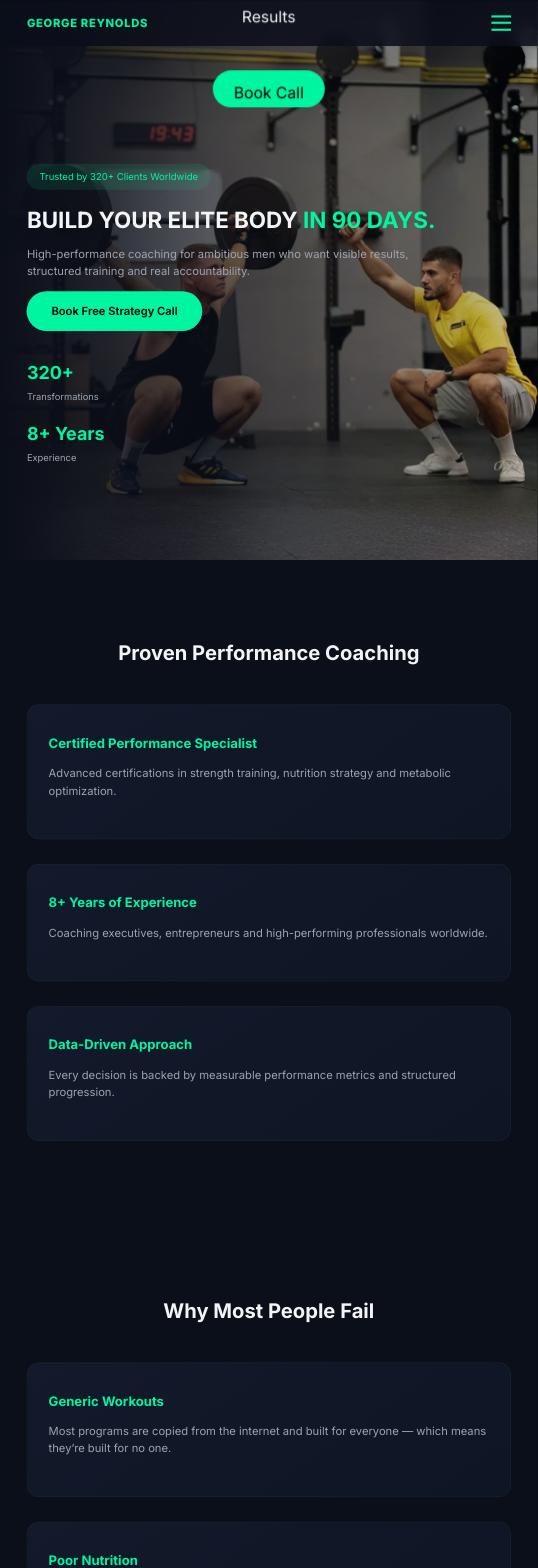
Repository: davidfsillva/Landing-page-pro
Page: index.html
An editor plug-in stored every save of this project. The page is shown before and after the next save, followed by the edit.
The browser window is 768 px wide. The pictures show the part of the page from y = 0 to 2240 px (the page is 10189 px tall), at 70% of full size.

Above is the page before, as saved 2026-02-26 19:20:00.

After the next save:
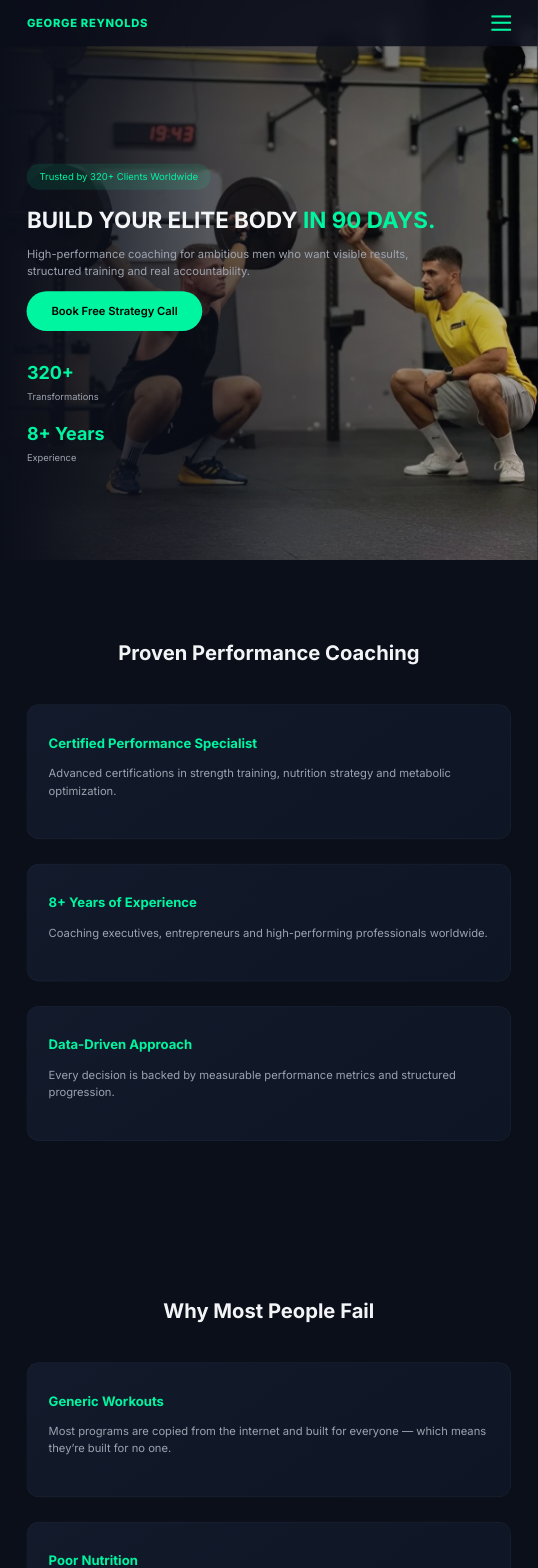
Saved 2 min 22 s later.
--- a/style.css
+++ b/style.css
@@ -476,28 +476,36 @@
         background: url('img/heromobile.webp') center center/cover no-repeat;
     }
 
-    .nav {
-        position: fixed;
-        inset: 0;
-        background: rgba(11,15,26,0.98);
-        backdrop-filter: blur(12px);
-
-        display: flex;
-        flex-direction: column;
-        justify-content: center;
-        align-items: center;
-
-        gap: 35px;
-
-        transform: translateY(-100%);
-        transition: 0.5s ease;
-
-        z-index: 999;
-    }
-
-    .nav.active {
-        transform: translateY(0);
-    }
+ @media (max-width: 768px) {
+
+  .nav {
+    position: fixed;
+    top: 0;
+    left: 0;
+    width: 100%;
+    height: 100vh;
+
+    background: rgba(11,15,26,0.98);
+    backdrop-filter: blur(12px);
+
+    display: flex;
+    flex-direction: column;
+    justify-content: center;
+    align-items: center;
+
+    gap: 40px;
+
+    transform: translateY(-100%);
+    transition: transform 0.5s ease;
+
+    z-index: 9999;
+  }
+
+  .nav.active {
+    transform: translateY(0);
+  }
+
+}
 
     .nav a {
         font-size: 1.4rem;

After the save that followed:
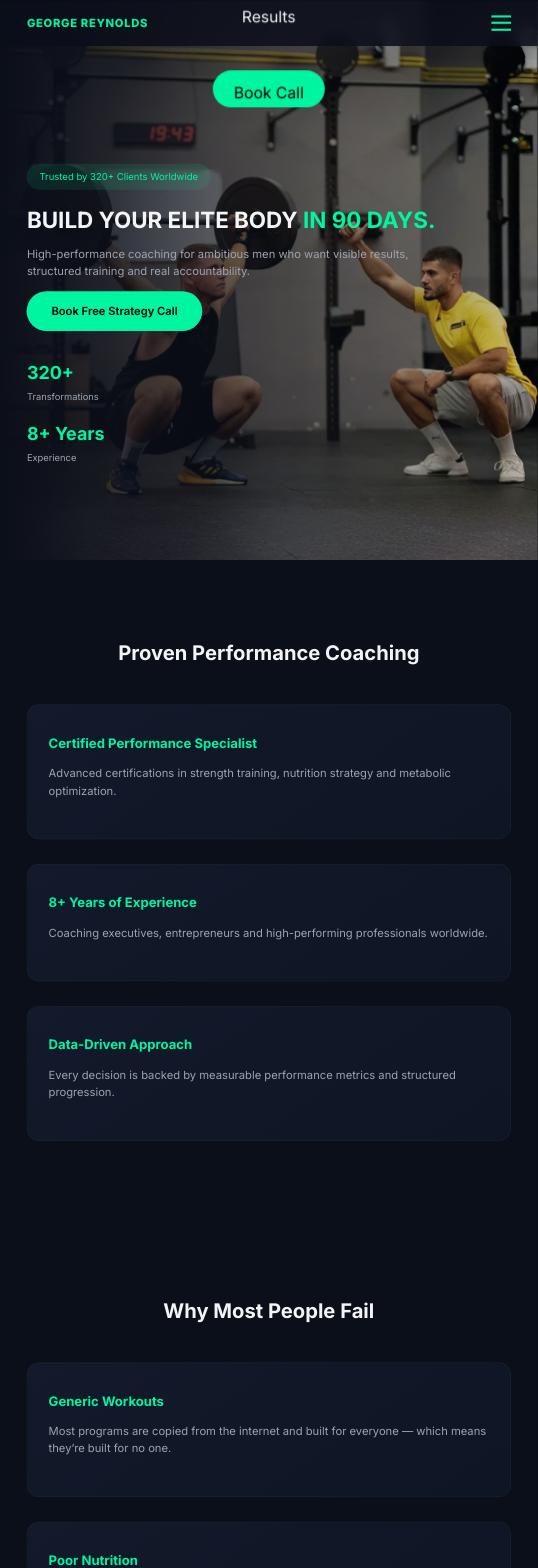
Saved 4 s later.
--- a/style.css
+++ b/style.css
@@ -476,36 +476,28 @@
         background: url('img/heromobile.webp') center center/cover no-repeat;
     }
 
- @media (max-width: 768px) {
-
-  .nav {
-    position: fixed;
-    top: 0;
-    left: 0;
-    width: 100%;
-    height: 100vh;
-
-    background: rgba(11,15,26,0.98);
-    backdrop-filter: blur(12px);
-
-    display: flex;
-    flex-direction: column;
-    justify-content: center;
-    align-items: center;
-
-    gap: 40px;
-
-    transform: translateY(-100%);
-    transition: transform 0.5s ease;
-
-    z-index: 9999;
-  }
-
-  .nav.active {
-    transform: translateY(0);
-  }
-
-}
+    .nav {
+        position: fixed;
+        inset: 0;
+        background: rgba(11,15,26,0.98);
+        backdrop-filter: blur(12px);
+
+        display: flex;
+        flex-direction: column;
+        justify-content: center;
+        align-items: center;
+
+        gap: 35px;
+
+        transform: translateY(-100%);
+        transition: 0.5s ease;
+
+        z-index: 999;
+    }
+
+    .nav.active {
+        transform: translateY(0);
+    }
 
     .nav a {
         font-size: 1.4rem;
